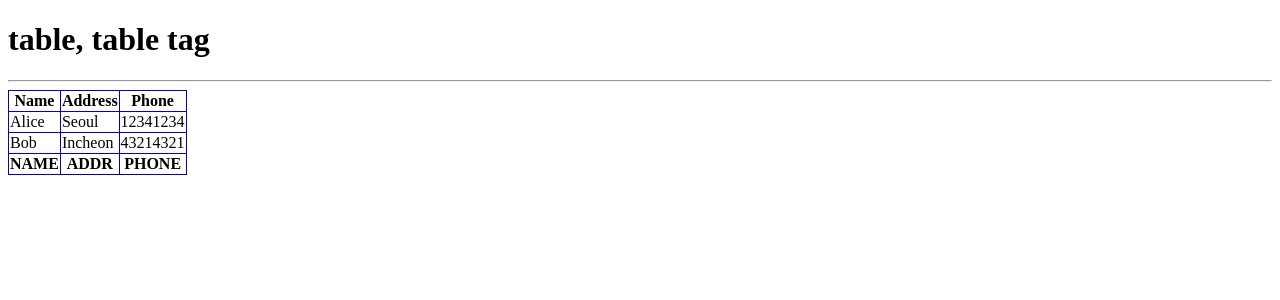
Repository: jihoonys82/weblec
Page: Front/WebContent/Ex01_HTML_tag/tagEx_06.html
These files come from the project's save history. The page is drawn as it stood at one moment and after the next save; the edit follows.
The browser window is 1280 px wide. The pictures show the whole page.

Above is the page before, as saved 2018-07-23 11:28:58.

### Front/WebContent/Ex01_HTML_tag/tagEx_06.html
<!DOCTYPE html>
<html>
<head>
<meta charset="UTF-8">
<title>Insert title here</title>

<style type="text/css"> /* stylesheet, CSS */
table { /* Table outside square */
	border: 1px solid #ccc;

	/* 테두리 겹치는 부분을 하나로 */
	border-collapse: collapse;
}

th, td { /* each table data cell */
	border: 1px solid #00C;
 }

</style>

</head>
<body>

<div>
	<h1>table, table tag</h1>
	<hr>

	<table>
		<thead> <!-- 제목 -->
			<tr>
				<th>Name</th>
				<th>Address</th>
				<th>Phone</th>
			</tr>
		</thead>
		<tbody> <!-- 내용 -->
			<tr>
				<td>Alice</td>
				<td>Seoul</td>
				<td>12341234</td>
			</tr>
			<tr>
				<td>Bob</td>
				<td>Incheon</td>
				<td>43214321</td>

			</tr>
		</tbody>
		<tfoot> <!-- 바닥글  -->
			<tr>
				<th>NAME</th>
				<th>ADDR</th>
				<th>PHONE</th>
			</tr>
		</tfoot>

	</table>



</div>
</body>
</html>

After the next save:
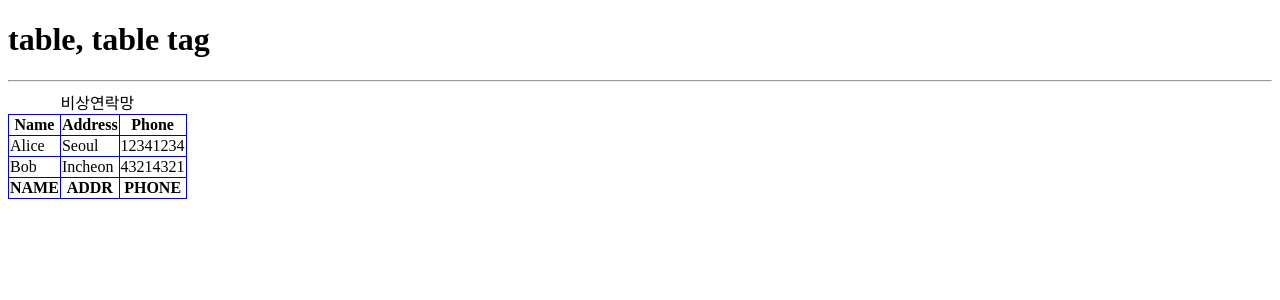
Saved 16 min 22 s later.
--- a/Front/WebContent/Ex01_HTML_tag/tagEx_06.html
+++ b/Front/WebContent/Ex01_HTML_tag/tagEx_06.html
@@ -26,6 +26,7 @@ th, td { /* each table data cell */
 	<hr>
 
 	<table>
+		<caption>비상연락망</caption>
 		<thead> <!-- 제목 -->
 			<tr>
 				<th>Name</th>
